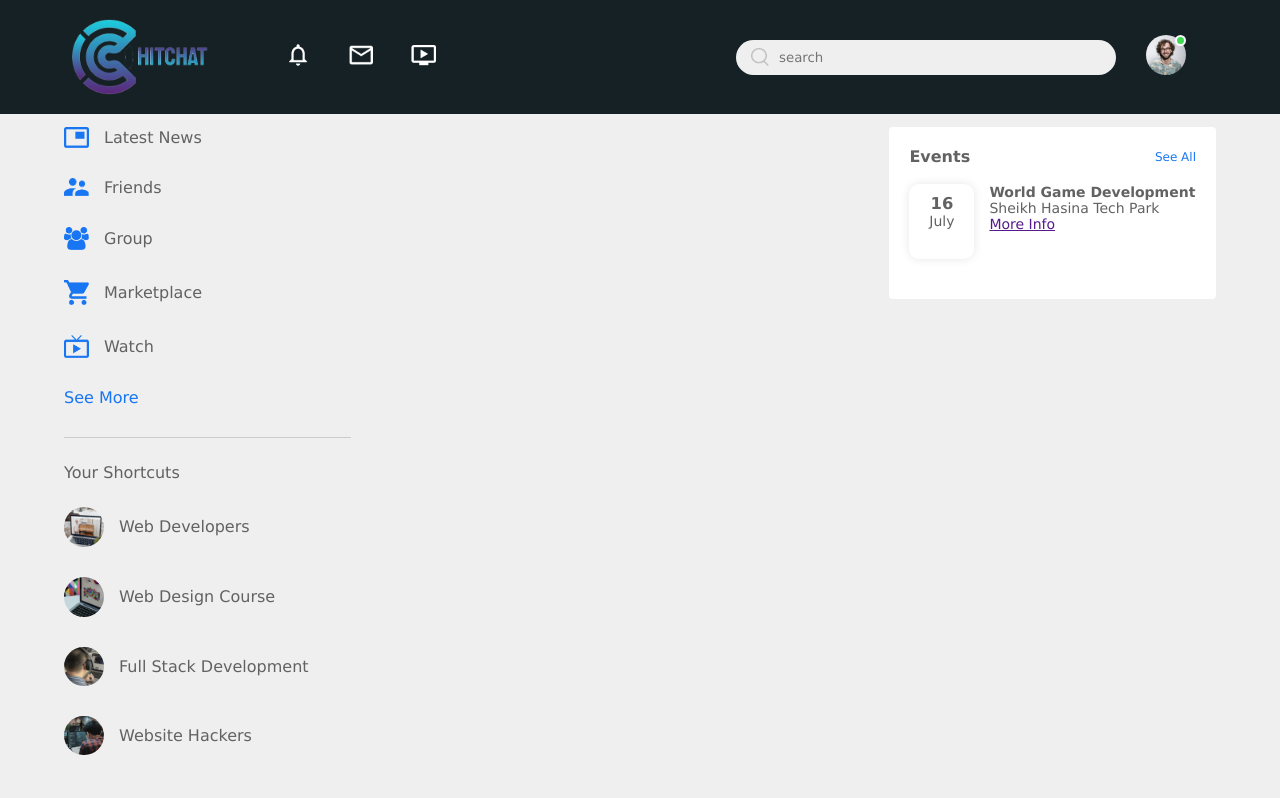
Repository: omarhasnain/ChitChat
Page: index.html
An editor plug-in stored every save of this project. The page is shown before and after the next save, followed by the edit.
The browser window is 1280 px wide. The pictures show the whole page.

Above is the page before, as saved 2021-07-11 16:58:59.

### index.html
<!DOCTYPE html>
<html lang="en">

<head>
    <meta charset="UTF-8">
    <meta http-equiv="X-UA-Compatible" content="IE=edge">
    <meta name="viewport" content="width=device-width, initial-scale=1.0">
    <title>ChitChat</title>
    <link rel="stylesheet" href="style.css">
</head>

<body>
    <nav>
        <div class="nav-left">
            <img src="images/logo4.png" alt="logo" class="logo">
            <ul>
                <li><img src="images/notification.png" alt="" class=""></li>
                <li><img src="images/inbox.png" alt="" class=""></li>
                <li><img src="images/video.png" alt="" class=""></li>
            </ul>
        </div>
        <div class="nav-right">
            <div class="search-box">
                <img src="images/search.png" alt="">
                <input type="text" placeholder="search">
            </div>
            <div class="nav-user-icon online">
                <img src="images/profile-pic.png" alt="">
            </div>
        </div>
    </nav>
    <div class="container">
        <!---- Left sidebar --->
        <div class="left-sidebar">
            <div class="important-links">
                <a href="#"><img src="images/news.png" alt="news">Latest News</a>
                <a href="#"><img src="images/friends.png">Friends</a>
                <a href="#"><img src="images/group.png">Group</a>
                <a href="#"><img src="images/marketplace.png">Marketplace</a>
                <a href="#"><img src="images/watch.png">Watch</a>
                <a href="#">See More</a>
            </div>
            <div class="shortcut-links">
                <p>Your Shortcuts</p>
                <a href="#"><img src="images/shortcut-1.png" alt="">Web Developers</a>
                <a href="#"><img src="images/shortcut-2.png" alt="">Web Design Course</a>
                <a href="#"><img src="images/shortcut-3.png" alt="">Full Stack Development</a>
                <a href="#"><img src="images/shortcut-4.png" alt="">Website Hackers</a>
            </div>
        </div>
        <!---- Main Content --->
        <div class="main-content"></div>
        <!---- Right sidebar --->
        <div class="right-sidebar">
            <div class="sidebar-title">
                <h4>Events</h4>
                <a href="#">See All</a>
            </div>
            <div class="event">
                <div class="left-event">
                    <h3>16</h3>
                    <span>July</span>
                </div>
                <div class="right-event">
                    <h4>World Game Development</h4>
                    <p>Sheikh Hasina Tech Park</p>
                    <a href="">More Info</a>
                </div>
            </div>
        </div>
    </div>
</body>

</html>

### style.css
* {
    margin: 0;
    padding: 0;
    font-family: Verdana;
}

body {
    background-color: #efefef;
}

nav {
    display: flex;
    align-items: center;
    justify-content: space-between;
    background: rgb(21, 33, 37);
    padding: 5px 5%;
    position: sticky;
    top: 0;
    z-index: 100;
}

.logo {
    width: 160px;
    margin-right: 45px;
}

.nav-left,
.nav-right {
    display: flex;
    align-items: center;
}

.nav-left ul li {
    list-style: none;
    display: inline-block;
}

.nav-left ul li img {
    width: 28px;
    margin: 0 15px;
    cursor: pointer;
}

.nav-user-icon img {
    width: 40px;
    border-radius: 50%;
    cursor: pointer;
}

.nav-user-icon {
    margin: 30px;
}

.search-box {
    background: #efefef;
    width: 350px;
    border-radius: 20px;
    display: flex;
    align-items: center;
    padding: 0 15px;
}

.search-box img {
    width: 18px;
    cursor: pointer;
}

.search-box input {
    background: transparent;
    width: 100%;
    border: 0;
    display: flex;
    align-items: center;
    padding: 10px;
    outline: none;
}

.online {
    position: relative;
}

.online::after {
    content: '';
    width: 7px;
    height: 7px;
    border: 2px solid #fff;
    border-radius: 50%;
    background: #41db51;
    position: absolute;
    top: 0;
    right: 0;
}

.container {
    display: flex;
    justify-content: space-between;
    padding: 13px 5%;
}

.left-sidebar {
    flex-basis: 25%;
    position: sticky;
    top: 70px;
    align-self: flex-start;
}

.right-sidebar {
    flex-basis: 25%;
    position: sticky;
    top: 70px;
    align-self: flex-start;
    background: #fff;
    padding: 20px;
    border-radius: 4px;
    color: #626262;
}

.main-content {
    flex-basis: 47%;
}

.important-links a,
.shortcut-links a {
    text-decoration: none;
    display: flex;
    align-items: center;
    margin-bottom: 30px;
    color: #626262;
    width: fit-content;
}

.important-links a img {
    width: 25px;
    margin-right: 15px;
}

.important-links a:last-child {
    color: #1876f2;
}

.important-links {
    border-bottom: 1px solid #ccc;
}

.shortcut-links a img {
    width: 40px;
    border-radius: 30px;
    margin-right: 15px;
}

.shortcut-links p {
    margin: 25px 0;
    color: #626262;
    font-weight: 500;
}

.sidebar-title {
    display: flex;
    align-items: center;
    justify-content: space-between;
    margin-bottom: 18px;
}

.sidebar-title h4 {
    font-weight: 600;
    font-size: 16px;
}

.sidebar-title a {
    text-decoration: none;
    color: #1876f2;
    font-size: 12px;
}

.event {
    display: flex;
    font-size: 14px;
    margin-bottom: 20px;
}

.left-event {
    border-radius: 10px;
    height: 65px;
    width: 65px;
    margin-right: 15px;
    padding-top: 10px;
    text-align: center;
    position: relative;
    overflow: hidden;
    box-shadow: 0 0 10px rgba(0, 0, 0, 0.1);
}

After the next save:
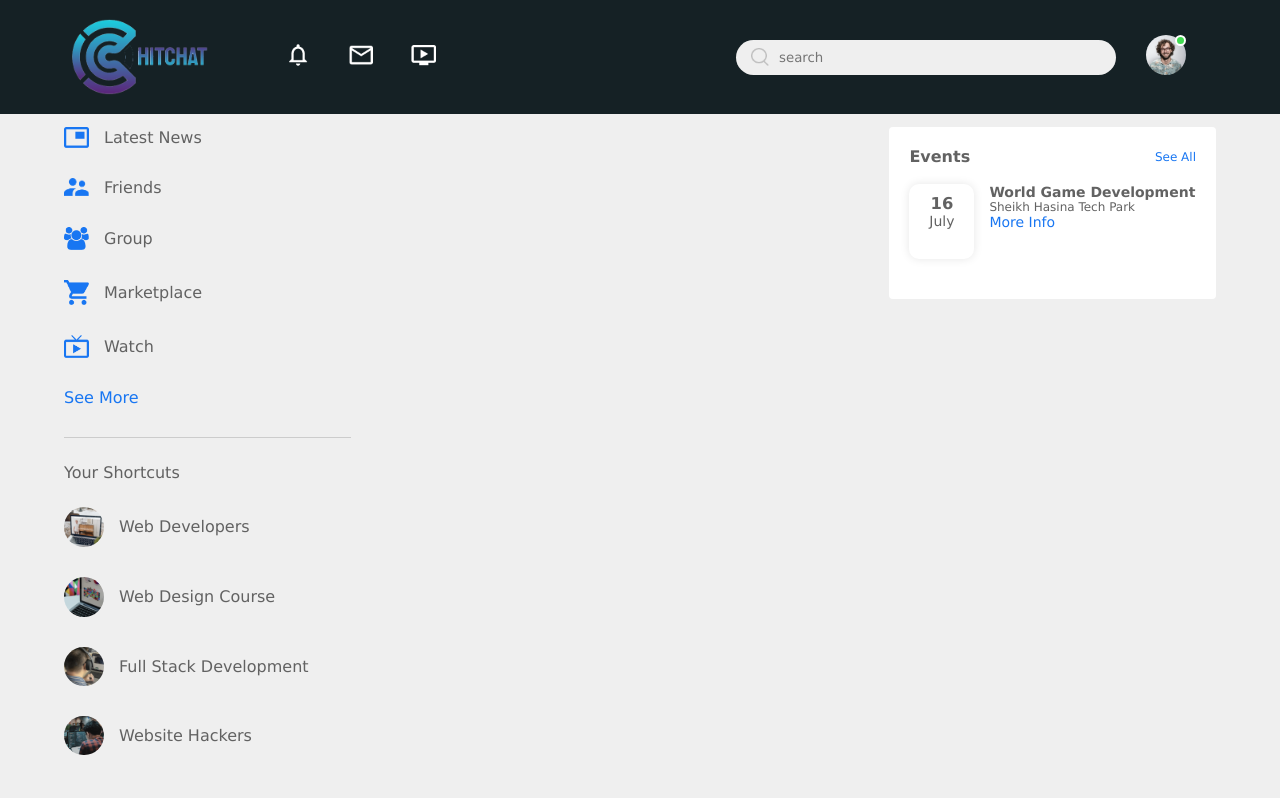
Saved 62 s later.
--- a/style.css
+++ b/style.css
@@ -189,3 +189,13 @@
     overflow: hidden;
     box-shadow: 0 0 10px rgba(0, 0, 0, 0.1);
 }
+
+.event p {
+    font-size: 12px;
+}
+
+.event a {
+    font-size: 12 px;
+    text-decoration: none;
+    color: #1876f2;
+}
